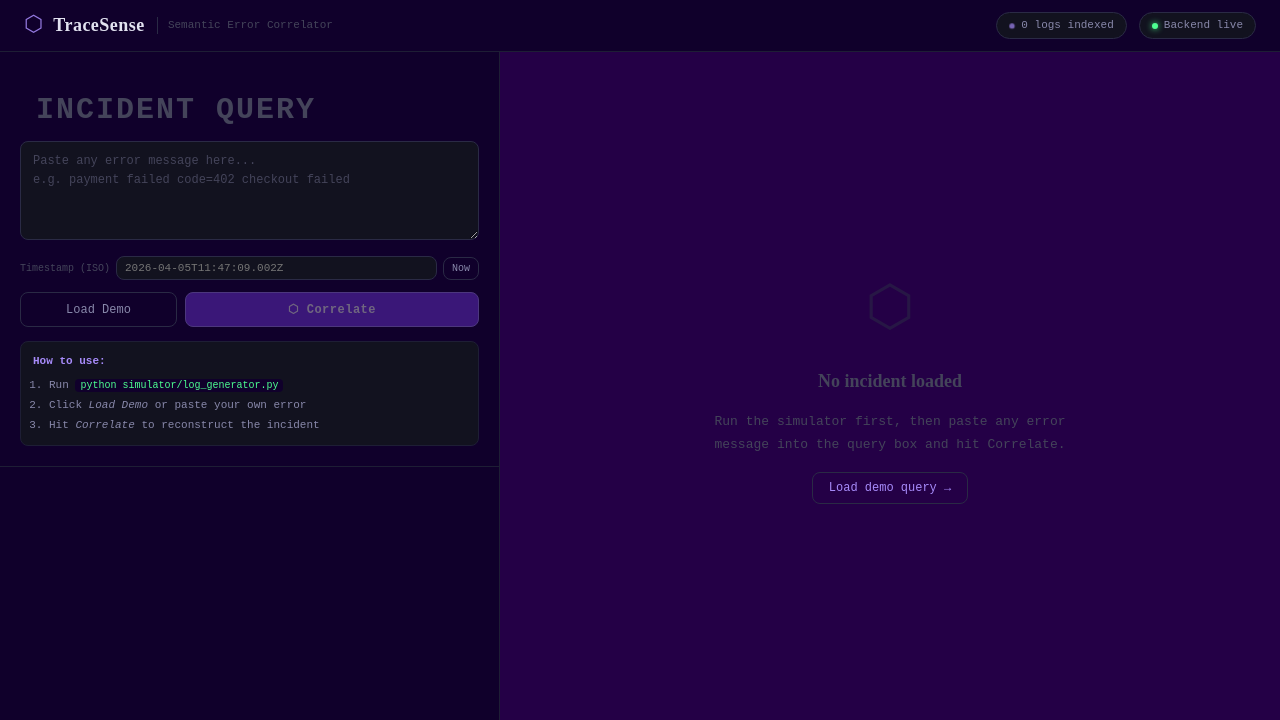
Repository: SaranyaM15/AI_Engineer_Journey
Page: / (app in tracesense/frontend/)
These files come from the project's save history. The page is drawn as it stood at one moment and after the next save; the edit follows.
The browser window is 1280 px wide. The pictures show the whole page.
The page's requests for data from a server got no answer. Some web fonts or font styles are not loaded; a fallback is used. The project was rebuilt for these pictures with package versions that can differ from the ones it lists, and the page was loaded fresh each time. No one was signed in, and anything a server would have sent is missing. Also part of the build but not shown: tracesense/frontend/vite.config.js, tracesense/frontend/src/components/Timeline.jsx, tracesense/frontend/src/components/LogFeed.jsx.

Above is the page before, as saved 2026-04-05 18:51:42.

After the next save:
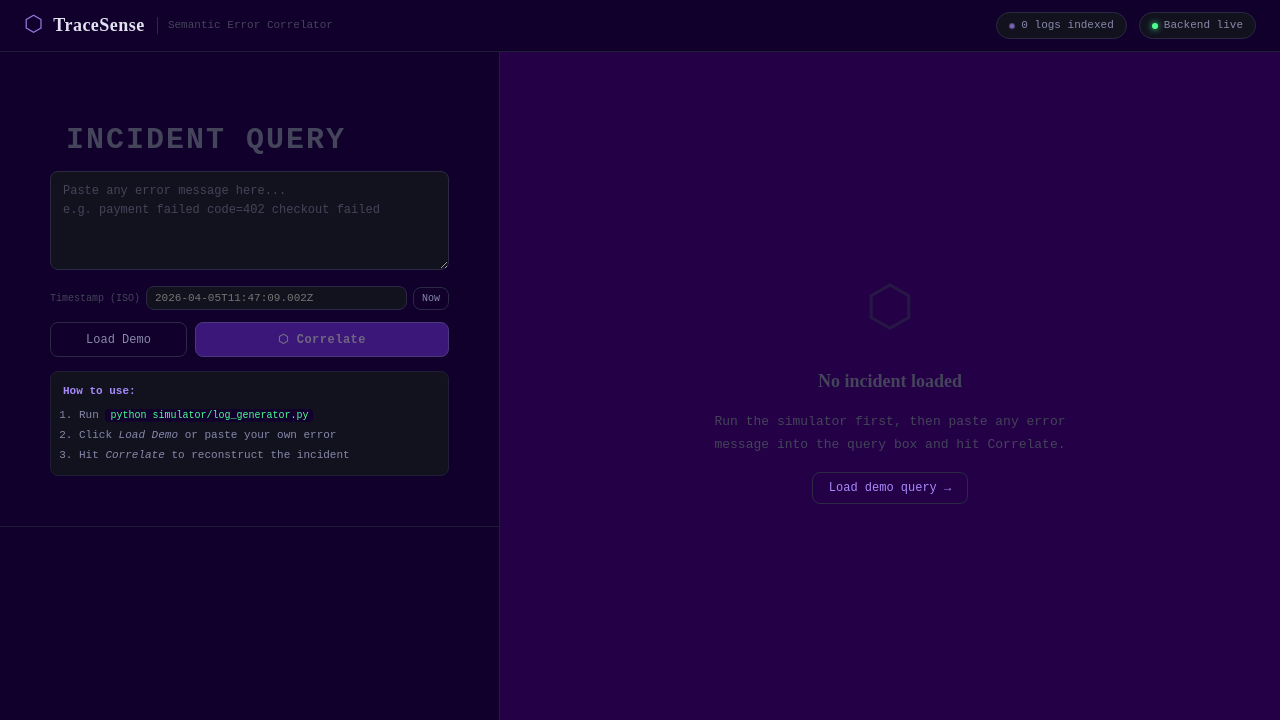
Saved 10 s later.
--- a/tracesense/frontend/src/App.css
+++ b/tracesense/frontend/src/App.css
@@ -170,7 +170,7 @@ body {
 
 /* ── Query Panel ── */
 .query-panel {
-  padding:     20px;
+  padding:     50px;
   border-bottom: 1px solid var(--border);
   flex-shrink: 0;
 }
